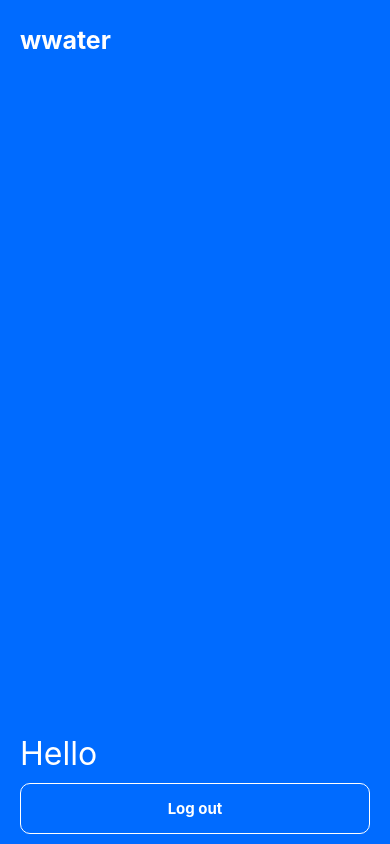
Repository: mtuguldr/myproject
Screen: /
These files come from the project's save history. The screen is drawn as it stood at one moment and after a run of saves; the edit follows.
The app was drawn by React Native's web renderer in a window 390 px wide. The project was rebuilt for these pictures with package versions that can differ from the ones it lists, and the page was loaded fresh each time.

Above is the screen before, as saved 2021-10-20 15:32:39.

### App.js
import React from 'react'
import HomeScreen from './app/Screens/HomeScreen'

function App(props) {
	return <HomeScreen />
}

export default App

### app/Screens/HomeScreen.js
import React from 'react'
import { StyleSheet, Text, View } from 'react-native'

import Background from '../components/Background'
import Button from '../components/Button'
import Logo from '../components/Logo'
import { ft, hp, wp } from '../config/const'

const MARGIN_HORIZONTAL = wp('5%')
const MARGIN_VERTICAL = hp('5%')

function HomeScreen() {
	return (
		<Background style={{ justifyContent: 'flex-end' }}>
			<Logo style={styles.logo} />
			<View style={styles.container}>
				<Text style={styles.title}>Hello</Text>

				<Button
					title='Log out'
					onPress={() => {
						console.log()
					}}
				/>
			</View>
		</Background>
	)
}

const styles = StyleSheet.create({
	description: {
		fontSize: ft(14),
		marginBottom: MARGIN_VERTICAL,
	},
	container: {
		justifyContent: 'center',
		marginHorizontal: MARGIN_HORIZONTAL,
	},
	logo: {
		position: 'absolute',
		top: hp('3%'),
		left: MARGIN_HORIZONTAL,
	},
	title: {
		color: 'white',
		fontSize: ft(28),
	},
})

export default HomeScreen

### app/components/Background.js
import React, { Children } from 'react'
import { View, StyleSheet } from 'react-native'

function Background({ children, style }) {
    return <View style={[styles.container, style]}>{children}</View>
}

const styles = StyleSheet.create({
    container: {
        flex: 1,
        backgroundColor: '#006bff',
    },
})

export default Background

### app/components/Button.js
import React from 'react'
import { View, StyleSheet, TouchableOpacity, Text } from 'react-native'
import { ft } from '../config/const'

function Button({ title, onPress, color = 'white', filled = false }) {
    return (
        <TouchableOpacity
            style={[
                styles.container,
                filled
                    ? {
                          backgroundColor: color,
                          borderColor: color,
                      }
                    : {
                          backgroundColor: 'transparent',
                          borderColor: color,
                      },
            ]}
            onPress={onPress}
        >
            <Text
                style={[
                    styles.text,
                    filled
                        ? {
                              color: 'black',
                          }
                        : {
                              color: color,
                          },
                ]}
            >
                {title}
            </Text>
        </TouchableOpacity>
    )
}

const styles = StyleSheet.create({
    container: {
        width: '100%',
        borderRadius: 10,
        padding: 15,
        borderWidth: 1,
        marginVertical: 10,
    },
    text: {
        fontWeight: 'bold',
        fontSize: ft(14),
        alignSelf: 'center',
    },
})

export default Button

### app/components/Logo.js
import React from 'react'
import { View, StyleSheet, Text } from 'react-native'
import { ft } from '../config/const'

function Logo({ style }) {
	return (
		<View style={style}>
			<Text style={styles.text}>wwater</Text>
		</View>
	)
}

const styles = StyleSheet.create({
	container: {},
	text: {
		color: 'white',
		fontWeight: 'bold',
		fontSize: ft(22),
	},
})

export default Logo

### app/config/const.js
import { Dimensions, Platform, PixelRatio } from 'react-native'

const { width: SCREEN_WIDTH, height: SCREEN_HEIGHT } = Dimensions.get('window')

// based on iphone 5s's scale
const scale = SCREEN_WIDTH / 320

export function ft(size) {
    const newSize = size * scale
    if (Platform.OS === 'ios') {
        return Math.round(PixelRatio.roundToNearestPixel(newSize))
    } else {
        return Math.round(PixelRatio.roundToNearestPixel(newSize)) - 2
    }
}

export {
    widthPercentageToDP as wp,
    heightPercentageToDP as hp,
} from 'react-native-responsive-screen'

After the next 2 saves:
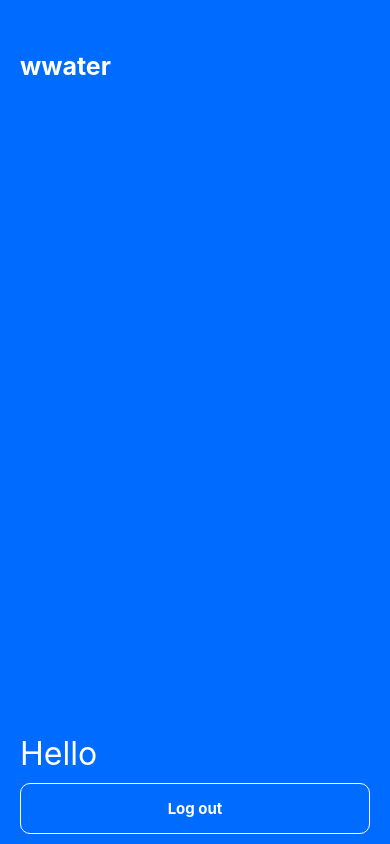
The 2 saves are shown as one change because 1 did not build or start.
The last was saved 52 s later.
--- a/app/Screens/HomeScreen.js
+++ b/app/Screens/HomeScreen.js
@@ -1,5 +1,6 @@
 import React from 'react'
 import { StyleSheet, Text, View } from 'react-native'
+import DeviceInfo from 'react-native-device-info'
 
 import Background from '../components/Background'
 import Button from '../components/Button'
@@ -38,7 +39,7 @@
 	},
 	logo: {
 		position: 'absolute',
-		top: hp('3%'),
+		top: DeviceInfo.hasNotch() ? hp('6%') : hp('3%'),
 		left: MARGIN_HORIZONTAL,
 	},
 	title: {

After the 2 saves that followed:
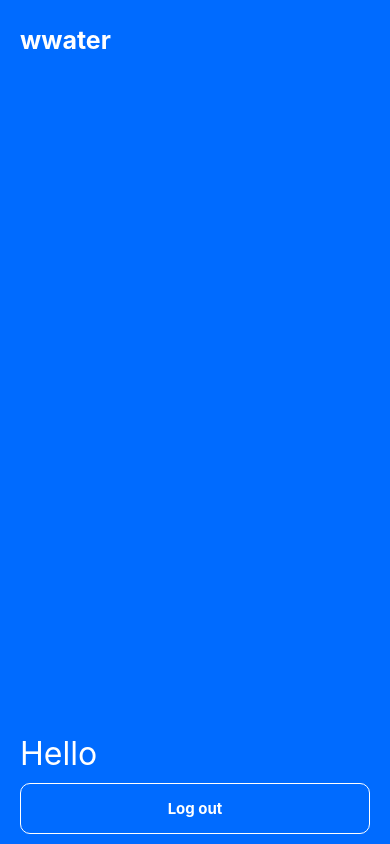
The 2 saves are shown as one change because 1 did not build or start.
The last was saved 10 min 17 s later.
--- a/app/Screens/HomeScreen.js
+++ b/app/Screens/HomeScreen.js
@@ -1,5 +1,5 @@
 import React from 'react'
-import { StyleSheet, Text, View } from 'react-native'
+import { Platform, StyleSheet, Text, View } from 'react-native'
 import DeviceInfo from 'react-native-device-info'
 
 import Background from '../components/Background'
@@ -39,7 +39,7 @@
 	},
 	logo: {
 		position: 'absolute',
-		top: DeviceInfo.hasNotch() ? hp('6%') : hp('3%'),
+		top: Platform.OS === 'ios' ? hp('6%') : hp('3%'),
 		left: MARGIN_HORIZONTAL,
 	},
 	title: {
